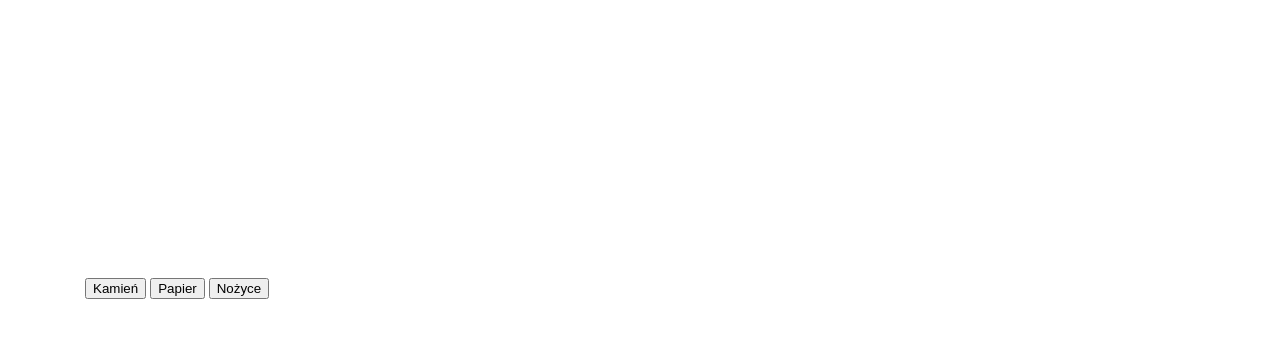
Repository: ulasup/javascript-prework
Page: index.html
An editor plug-in stored every save of this project. The page is shown before and after the next save, followed by the edit.
The browser window is 1280 px wide. The pictures show the whole page.
Some web libraries are served in a nearby version. The style sheet was rebuilt from its Sass, Less or Tailwind sources for each picture, by a compiler version that may differ from the author's.

Above is the page before, as saved 2020-12-12 16:56:00.

After the next save:
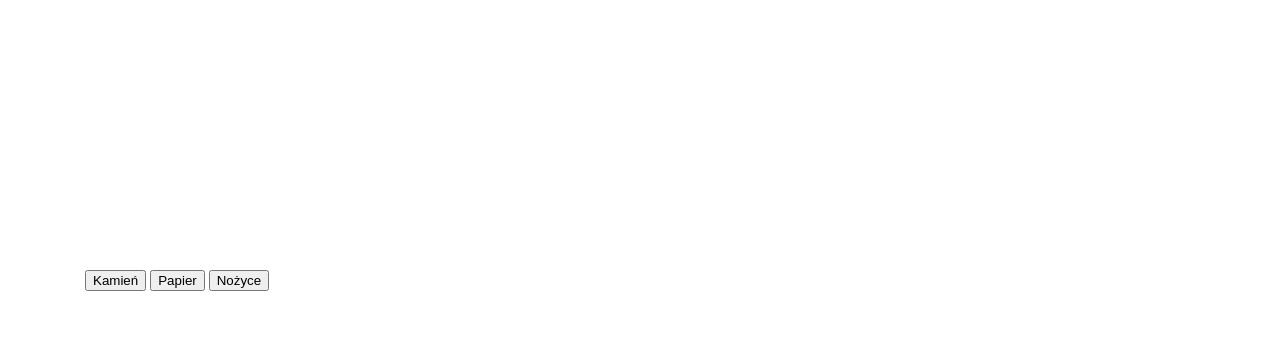
Saved 24 s later.
--- a/sass/style.scss
+++ b/sass/style.scss
@@ -1,3 +1,6 @@
+body {
+    margin: auto;
+}
 .player, .computer {
     min-height: 270px;
     color: green;
